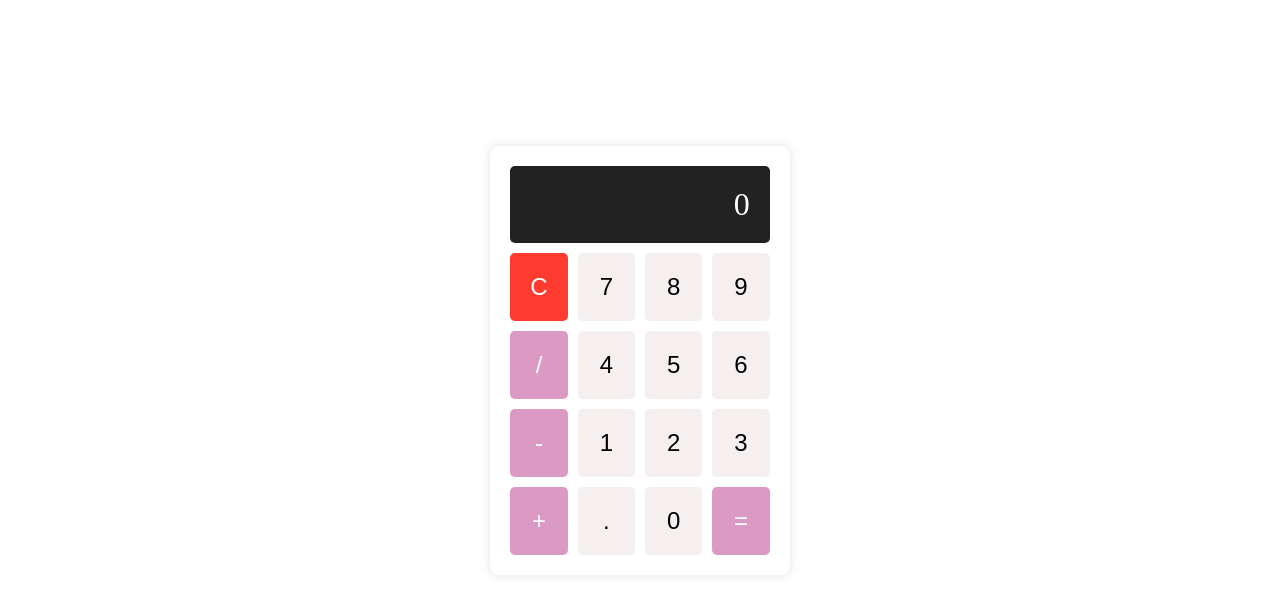
Repository: alizey12/calculator
Page: index.html
The author's editor kept a copy of each file at every save. The page is drawn from the files as they stood at one save, then again after a run of saves.
The browser window is 1280 px wide. The pictures show the whole page.

Above is the page before, as saved 2024-11-23 18:50:09.

After the next 3 saves:
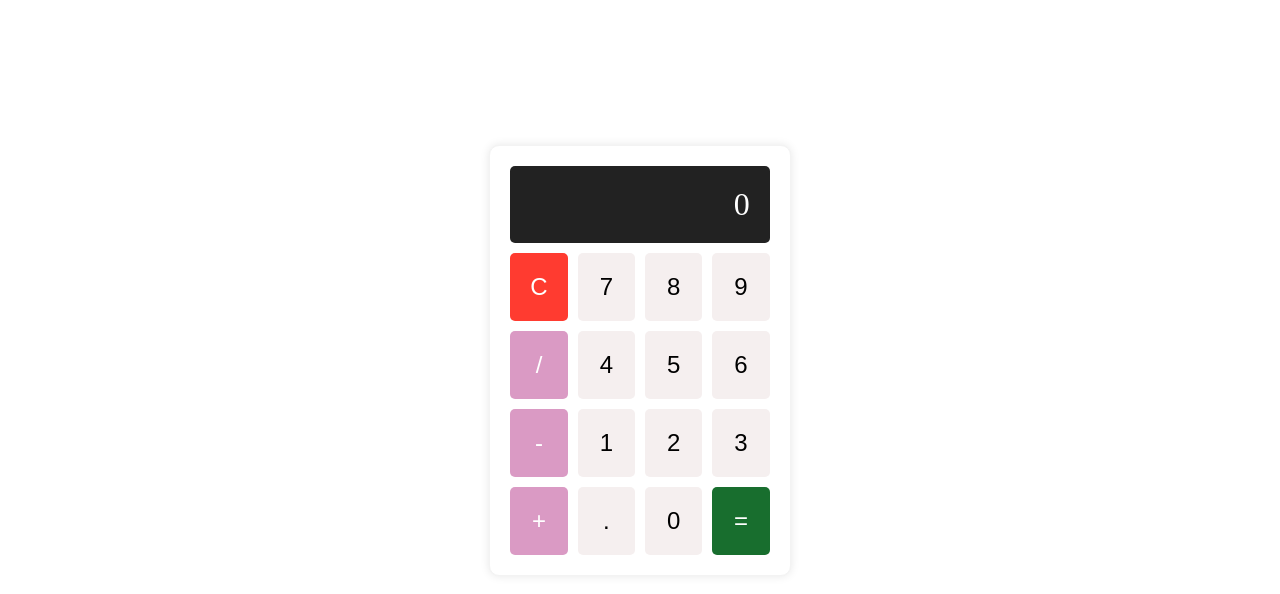
The 3 saves are shown as one change because they came seconds apart.
The last was saved 9 s later.
--- a/styles.css
+++ b/styles.css
@@ -51,8 +51,7 @@ body {
     color: #fff;
 }
 
-/*.btn#equals {
-
+.btn#equals {
     background-color: #186e2e;
     color: #fff;
-} */
+}
